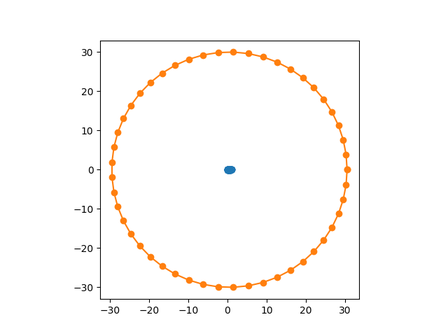
Repository: leiradom/CFDhomework
Script's output: python Laplaceequation/Meshgeneration.py
These files come from the project's save history. The script's output is drawn as it stood at one moment and after the next save; the edit follows.
The pictures show rows 0 to 2240 of an output 480 px tall, at 70% of full size.
Each picture stacks the figures in order, with grey between them; figures that are only written to a file come last. The script is stopped after its 8th figure. Random numbers start from a fixed seed.

Above is the script's output before, as saved 2021-04-07 11:07:19.

### Laplaceequation/Meshgeneration.py
import math
import numpy as np
import matplotlib.pyplot as plt


# n1 = int(input("请输入翼型表面离散点数"))
# n2 = int(input("请输入近场到远场离散点数"))
#NACA0012表面坐标
#y1 = 0.6 * (-0.1015 * x**4 + 0.2843 * x**3 - 0.3576 * x**2 - 0.1221 * x + 0.2969 * x ** 0.5)
#y2 = -0.6 * (-0.1015 * x**4 + 0.2843 * x**3 - 0.3576 * x**2 - 0.1221 * x + 0.2969 * x ** 0.5)

#沿x轴等间距变化翼型表面,这样不好
'''
for i in range (0,101):
    x = 0.01 *  i
    y1 = 0.6 * (-0.1015 * x**4 + 0.2843 * x**3 - 0.3576 * x**2 - 0.1221 * x + 0.2969 * x ** 0.5)
    y2 = -0.6 * (-0.1015 * x**4 + 0.2843 * x**3 - 0.3576 * x**2 - 0.1221 * x + 0.2969 * x ** 0.5)
    X[i] = x
    Y1[i] = y1
    Y2[i] = y2
plt.plot(X,Y1,'-o')
plt.plot(X,Y2,'-o')
plt.show()
'''

#print(math.cos(60/57.3))  #测试python中使用的是弧度制

n1 = 50
n2 = 50

#这里用linspace
Theta = np.linspace(0,2*math.pi,num = n1)
X0 = 0.5 * (1 + np.cos(Theta))
Y0 = np.ones(n1)
X1 = np.ones(n1)
Y1 = np.ones(n1)
X = np.ones([n1,n2])
Y = np.ones([n1,n2])

for i in range(0,n1):
    if(Theta[i]<math.pi):
        y = 0.6 * (-0.1015 * X0[i]**4 + 0.2843 * X0[i]**3 - 0.3576 * X0[i]**2 - 0.1221 * X0[i] + 0.2969 * X0[i] ** 0.5)
    else:
        y = -0.6 * (-0.1015 * X0[i]**4 + 0.2843 * X0[i]**3 - 0.3576 * X0[i]**2 - 0.1221 * X0[i] + 0.2969 * X0[i] ** 0.5)
    Y0[i] = y
    X1[i] = 30 * math.cos(Theta[i]) + 0.5
    Y1[i] = 30 * math.sin(Theta[i])
    print(X0[i],Y0[i])
    for j in range(0,n2):
        dx = (X1[i] - X0[i]) / n2
        dy = (Y1[i] - Y0[i]) / n2
        X[i][j] = X0[i] + j * dx
        Y[i][j] = Y0[i] + j * dy


print(X,Y)


# 共用一个show()即可
plt.plot(X0,Y0,'-o')
plt.plot(X1,Y1,'-o')
plt.axis('square')
plt.show()


'''
#解Laplace方程
dcy = 1     #求解域的横坐标离散
dyt = 1     #求解域的纵坐标离散

alpha = 000
beta  = 000
gama  = 000


X[i][j] =

Y[i][j] =

'''

After the next save:
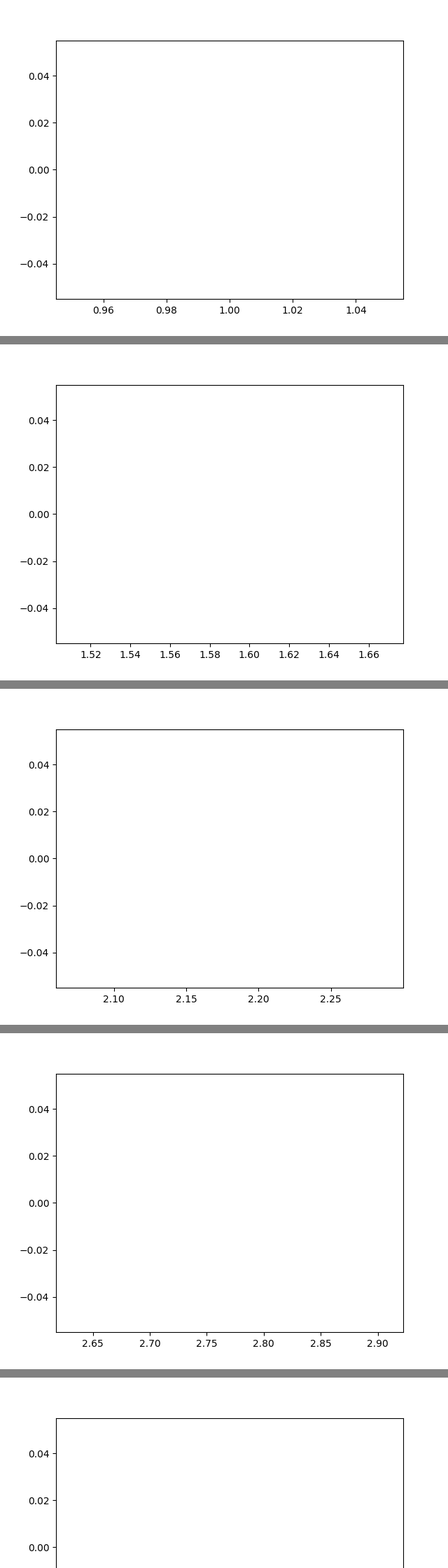
Saved 2 min 52 s later.
--- a/Laplaceequation/Meshgeneration.py
+++ b/Laplaceequation/Meshgeneration.py
@@ -51,11 +51,13 @@ for i in range(0,n1):
         dy = (Y1[i] - Y0[i]) / n2
         X[i][j] = X0[i] + j * dx
         Y[i][j] = Y0[i] + j * dy
+        plt.plot(X[i][j],Y[i][j])
+        plt.show()
 
 
-print(X,Y)
 
 
+'''
 # 共用一个show()即可
 plt.plot(X0,Y0,'-o')
 plt.plot(X1,Y1,'-o')
@@ -63,7 +65,7 @@ plt.axis('square')
 plt.show()
 
 
-'''
+
 #解Laplace方程
 dcy = 1     #求解域的横坐标离散
 dyt = 1     #求解域的纵坐标离散
